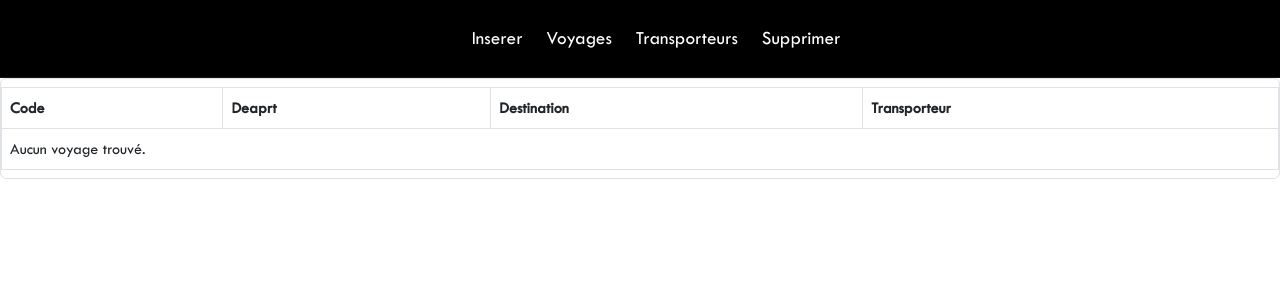
Repository: padevft/examen1-php
Page: http://localhost/server/pages/voyages.php
An editor plug-in stored every save of this project. The page is shown before and after the next save, followed by the edit.
The browser window is 1280 px wide. The pictures show the whole page.
The page is run by PHP 8.4 with error messages shown; the project is at /var/www/html/.

Above is the page before, as saved 2023-10-10 23:22:26.

### server/pages/voyages.php
<?php
    // require_once('../voyage/includes/Voyage.php');
    // require_once('../voyage/modeleVoyage.php');
    function Ctr_Liste(){
        // return Mdl_Liste();
        return "";
    }
    $resultat = Ctr_Liste();
?>

<!DOCTYPE html>
<html lang="en">

<head>
  <meta charset="UTF-8" />
  <meta name="viewport" content="width=device-width, initial-scale=1.0" />
  <title>Examen1</title>

  <link rel="stylesheet" href="../../client/utilitaires/bootstrap/css/bootstrap.min.css">
  <link rel="stylesheet" href="../../client/utilitaires/font-awesome-4.7.0/css/font-awesome.min.css">
  <link rel="stylesheet" href="../../client/utilitaires/swiper/swiper-bundle.min.css">
  <link rel="stylesheet" href="../../client/css/styles.css">

</head>

<body>
  <header>
    <nav class="container-nav">
        <ul class="d-flex flex-row align-items-center justify-content-center gap-4 menu">
          <li><a href="index.php" class="menu-item">Inserer</a></li>
            <li><a href="/server/pages/voyages.php" class="menu-item">Voyages</a></li>
            <li><a href="/server/pages/transporteurs.php" class="menu-item">Transporteurs</a></li>
            <li><a href="/server/pages/supprimerVols.php" class="menu-item">Supprimer</a></li>
        </ul>
    </nav>
  </header>
  <main class="voyages">
    <div class="table-responsive border rounded">
        <table class="table table-bordered rounded my-2 bg-white">
                <thead>
                    <tr class="active text-secondary">
                        <th>Code</th>
                        <th>Deaprt</th>
                        <th>Destination</th>
                        <th>Transporteur</th>
                    </tr>
                </thead>
                <tbody>
                <?php
                    // Testez si $resultat est un tableau
                    if (is_array($resultat)) {
                        // Si c'est un tableau, itérez à travers les éléments et affichez-les
                        foreach ($resultat as $row) {
                            echo "<tr>";
                            echo "<td>" . $row['code'] . "</td>";
                            echo "<td>" . $row['depart'] . "</td>";
                            echo "<td>" . $row['destination'] . "</td>";
                            echo "<td>" . $row['transporteur'] . "</td>";
                            echo "</tr>";
                        }
                    } else {
                        // Sinon, affichez un message d'erreur
                        echo "<tr><td colspan='4'>Aucun voyage trouvé.</td></tr>";
                    }
                    ?>
                </tbody>
            </table>
    </div>

  </main>
  </main>
  <script src="../../client/utilitaires/Jquery/jquery-3.6.0.min.js"></script>
  <script src="../../client/utilitaires/bootstrap/js/bootstrap.min.js"></script>
</body>

</html>

### client/css/styles.css
/* var text-decoration */
@font-face {
  font-family: myfont;
  src: url(../utilitaires/fonts/ufonts.com_tw-cen-mt.ttf);
}

:root {
  --color-primary: #c54f13;
  --color-primary-1: #b76b452e;
  --color-white-1: #fff;
  --color-dashed: #cccccc2f;
  --color-dashed-1: #cccccc90;
  --color-bg-1: rgba(0, 0, 0, 0.366);
}

* {
  transition: all 0.5s ease;
}

body {
  font-family: myfont !important;
}
h1 {
  display: inline-flex;
  position: relative;
  cursor: pointer;
}

a {
  color: unset;
  outline: unset;
  text-decoration: none !important;
}

ul {
  list-style-type: none; /* Retire les puces */
}

/*

****************************
Header
****************************

*/

header ul {
  margin: 0 !important;
}
.container-nav {
  padding: 1.5rem 0rem;
  background-color: black;
  border-bottom: 1px solid rgba(255, 255, 255, 0.1);
}

.menu-item {
  display: inline;
  position: relative;
  color: var(--color-white-1);
  padding-bottom: 5px;
  font-size: 1.2rem;
}

.menu-item:hover {
  color: var(--color-primary);
}
.menu-item::before {
  content: "";
  position: absolute;
  bottom: 0;
  left: 0;
  background: var(--color-primary);
  height: 2.5px;
  opacity: 1;
  visibility: visible;
  width: 0;
  -webkit-transition: 0.4s all ease-out;
  -o-transition: 0.4s all ease-out;
  transition: 0.4s all ease-out;
}
.menu-item:hover:before {
  width: 100%;
}

.container-form{
  border : 1px solid #ccc;
  border-radius: 10px;
  height: 100vh;
}

Loaded but not shown: client/utilitaires/bootstrap/css/bootstrap.min.css (library); client/utilitaires/font-awesome-4.7.0/css/font-awesome.min.css (library); client/utilitaires/swiper/swiper-bundle.min.css (library); client/utilitaires/Jquery/jquery-3.6.0.min.js (library); client/utilitaires/bootstrap/js/bootstrap.min.js (library)

After the next save:
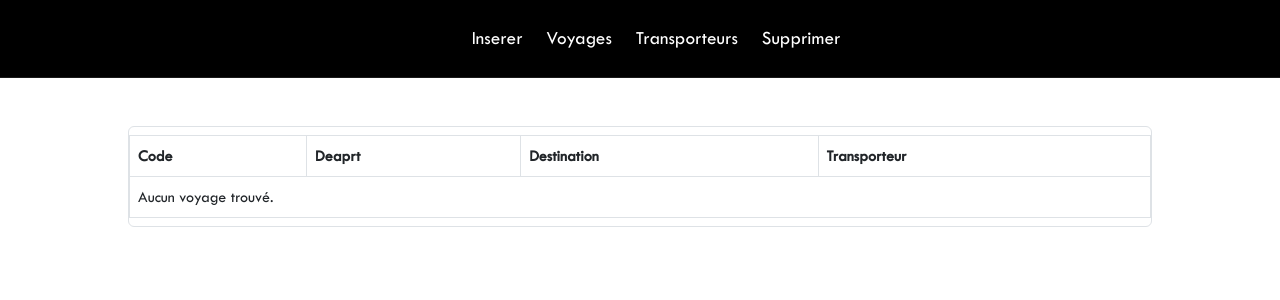
Saved 33 s later.
--- a/client/css/styles.css
+++ b/client/css/styles.css
@@ -87,3 +87,6 @@ header ul {
   border-radius: 10px;
   height: 100vh;
 }
+.voyages{
+  padding: 3rem 8rem;
+}
